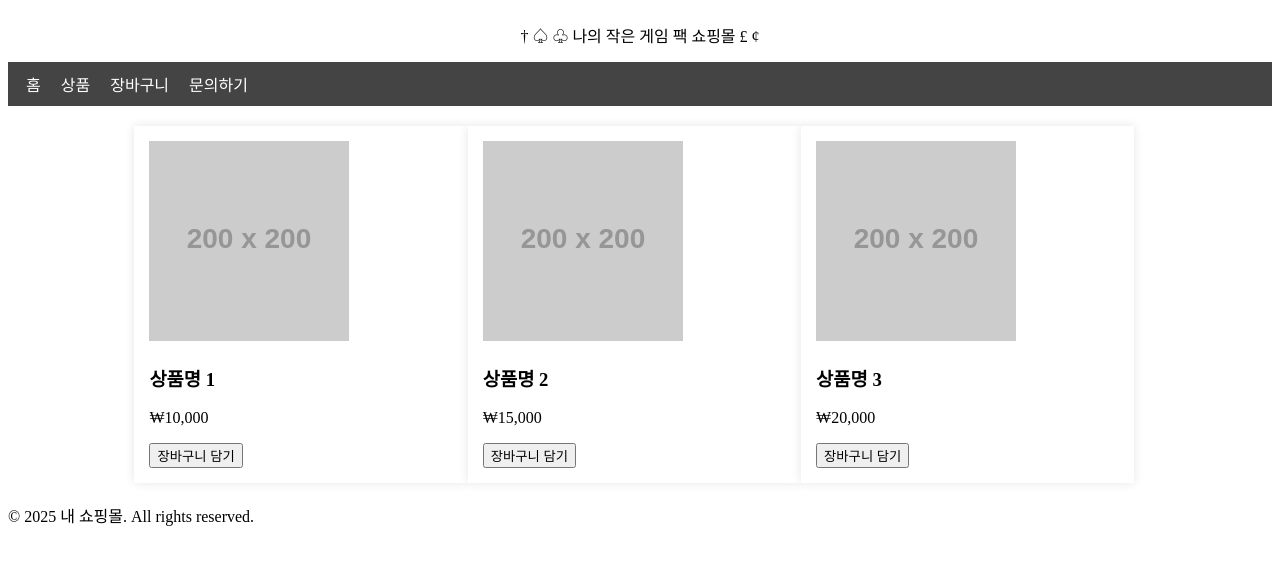
Repository: SeungYeon04/A_AssetsJSP
Page: http://localhost/JSP_Start01/
An editor plug-in stored every save of this project. The page is shown before and after the next save, followed by the edit.
The browser window is 1280 px wide. The pictures show the whole page.
Some web fonts or font styles are not loaded; a fallback is used. The page is served by Tomcat 9.

Above is the page before, as saved 2025-03-11 05:48:49.

After the next save:
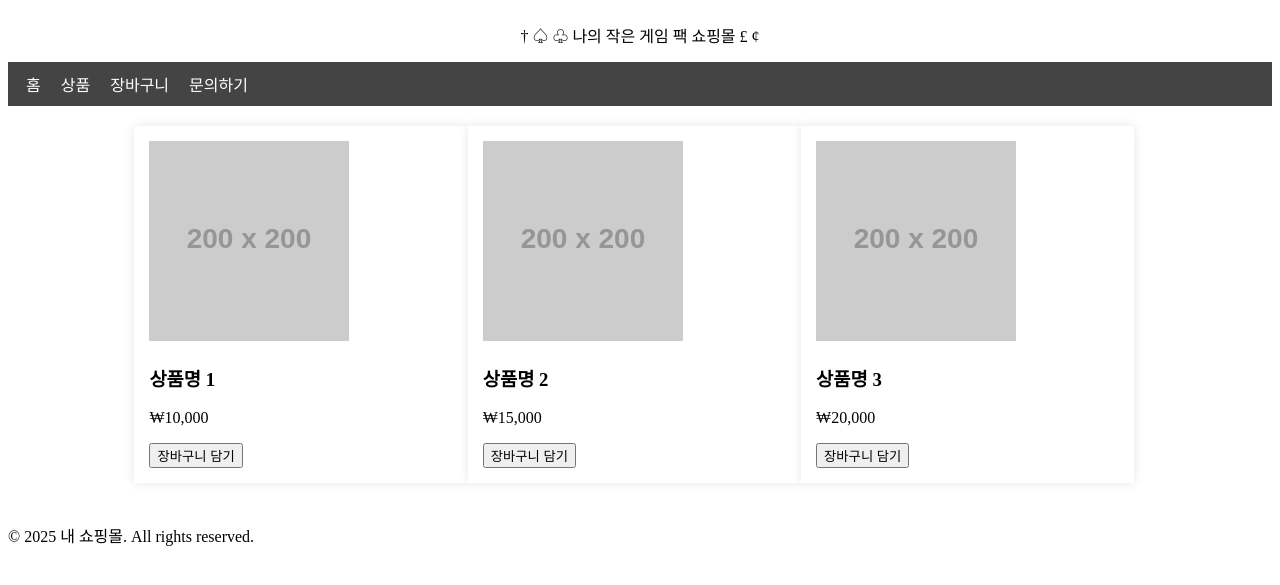
Saved 21 s later.
--- a/JSP_Start01/src/main/webapp/index.jsp
+++ b/JSP_Start01/src/main/webapp/index.jsp
@@ -91,7 +91,7 @@
 			background: white;
 			padding: 15px;
 			box-shadow: 0 0 10px rgba(0, 0, 0, 0.1);
-			ma
+			margin-bottom: 20px;
 
 		}
 
